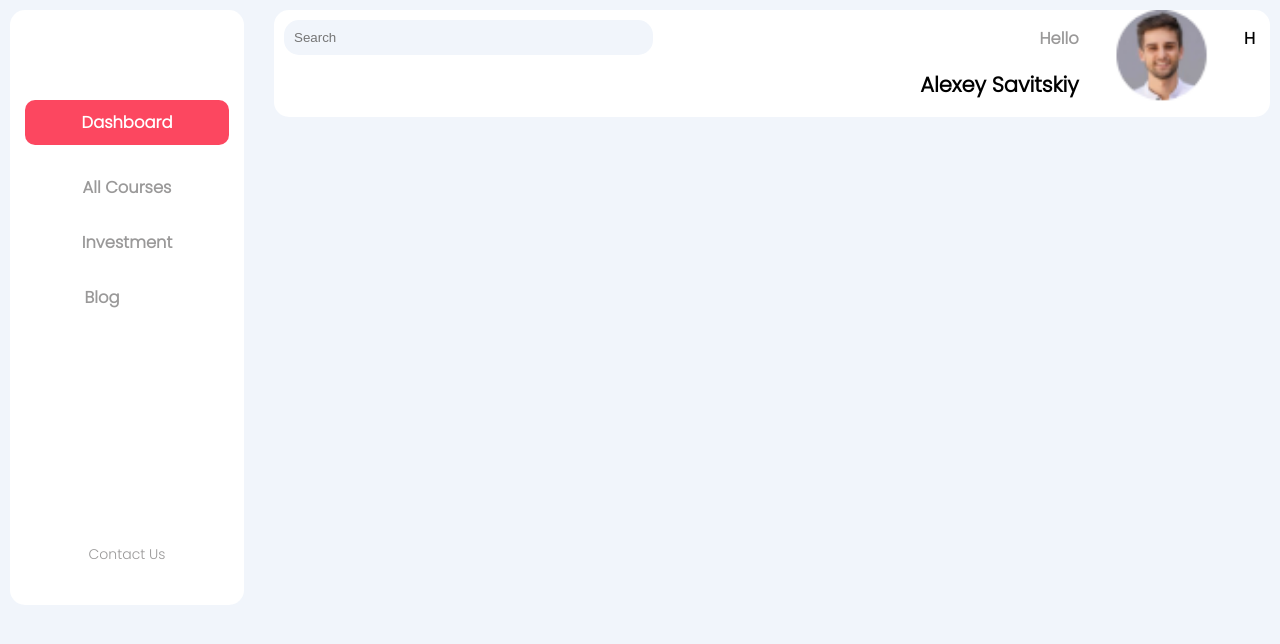
Repository: Anuruddha00/dashboard-design
Page: /
An editor plug-in stored every save of this project. The page is shown before and after the next save, followed by the edit.
The browser window is 1280 px wide. The pictures show the whole page.
The project was rebuilt for these pictures with package versions that can differ from the ones it lists, and the page was loaded fresh each time.

Above is the page before, as saved 2021-05-07 01:14:55.

### public/index.html
<!DOCTYPE html>
<html lang="en">
  <head>
    <meta charset="utf-8" />
    <link rel="icon" href="%PUBLIC_URL%/favicon.ico" />
    <meta name="viewport" content="width=device-width, initial-scale=1" />
    <meta name="theme-color" content="#000000" />
    <meta
      name="description"
      content="Web site created using create-react-app"
    />
    <link rel="apple-touch-icon" href="%PUBLIC_URL%/logo192.png" />

    <link rel="preconnect" href="https://fonts.gstatic.com">
    <link href="https://fonts.googleapis.com/css2?family=Poppins:wght@300&display=swap" rel="stylesheet">

    <!--
      manifest.json provides metadata used when your web app is installed on a
      user's mobile device or desktop. See https://developers.google.com/web/fundamentals/web-app-manifest/
    -->
    <link rel="manifest" href="%PUBLIC_URL%/manifest.json" />
    <!--
      Notice the use of %PUBLIC_URL% in the tags above.
      It will be replaced with the URL of the `public` folder during the build.
      Only files inside the `public` folder can be referenced from the HTML.

      Unlike "/favicon.ico" or "favicon.ico", "%PUBLIC_URL%/favicon.ico" will
      work correctly both with client-side routing and a non-root public URL.
      Learn how to configure a non-root public URL by running `npm run build`.
    -->
    <title>React App</title>
  </head>
  <body>
    <noscript>You need to enable JavaScript to run this app.</noscript>
    <div id="root"></div>
    <!--
      This HTML file is a template.
      If you open it directly in the browser, you will see an empty page.

      You can add webfonts, meta tags, or analytics to this file.
      The build step will place the bundled scripts into the <body> tag.

      To begin the development, run `npm start` or `yarn start`.
      To create a production bundle, use `npm run build` or `yarn build`.
    -->
  </body>
</html>

### src/index.js
import React from 'react';
import ReactDOM from 'react-dom';
import Dashboard from './containers/Dashboard/Dashboard';
import reportWebVitals from './reportWebVitals';

ReactDOM.render(
  <React.StrictMode>
    <Dashboard />
  </React.StrictMode>,
  document.getElementById('root')
);

// If you want to start measuring performance in your app, pass a function
// to log results (for example: reportWebVitals(console.log))
// or send to an analytics endpoint. Learn more: https://bit.ly/CRA-vitals
reportWebVitals();

### src/containers/Dashboard/Dashboard.js
import React from 'react';
import './Dashboard.scss';

const dashboard = () =>{

    return(
        <div className='container'>
            <div className='dashboard'>
                <div className='dashboardSideBar'>
                   <div className='dashboardSideBarTitle'>
                        <h3 className='dashboardSideBarTitleDashboard'>Dashboard</h3>
                        <h3 className='dashboardSideBarTitleCourses'>All Courses</h3>
                        <h3 className='dashboardSideBarTitleInvestment'>Investment</h3>
                        <h3 className='dashboardSideBarTitleBlog'>Blog</h3>
                   </div>
                   <div className='dashboardSideBarContact'>
                        <p>Contact Us</p>
                   </div>
                </div>
                <div className='dashboardMenu'>
                    <section className='content'>
                        <nav className='contentNavbar'>
                            <div className='contentNavbarSearch'>
                                <form>
                                    <input type='text' placeholder='Search'/>
                                </form>
                            </div>
                            <div className='contentNavbarProfile'>
                                <div className='contentNavbarProfileName'>
                                    <h3>Hello</h3>
                                    <h2>Alexey Savitskiy</h2>
                                </div>
                                <img src='./assets/Image 9.png'/>
                                <h1>H</h1>
                            </div>
                        </nav>
                   </section>

                   <section>

                   </section>
                </div>
            </div>
        </div>
    )

}
export default dashboard;


{/* <nav className ='navBar'>
                    <div className='navBarContent'>
                        <div className='navBarContentSearch'>
                            <form className='navBarContentSearchField'>
                                <input type='text' placeholder='Search'/>
                            </form>
                        </div>
                        <div className='navBarContentProfile'>
                            <div className='navBarContentProfileName'>
                                <h2>Hello</h2>
                                <h2>Alexey Savitskiy</h2>
                            </div>
                            <img src='./assets/Image 9.png'/>
                            <h1>H</h1>
                        </div>
                    </div>
                </nav> */}

### src/containers/Dashboard/Dashboard.scss

body{
    margin: 0;
    padding: 0;
    font-size: 0.875rem;
    font-family: 'Poppins', sans-serif;

}

.container{
    background: #f1f5fb;
    height: 100vh;

    .dashboard{
        display: grid;
        grid-template-columns: 1fr 4fr;
        gap:10px;
        grid-auto-rows: minmax(100px, auto);

        &SideBar{
            grid-column: 1;
            grid-row: 1 / 6;
            border-radius: 15px;
            background: #ffffff;
            margin: 10px;

            &Title{
                margin-top: 90px;

                &Dashboard{
                    background:#fc4760;
                    border-radius: 10px;
                    text-align: center;
                    padding: 10px 10px 10px 10px;
                    margin: 10px 15px 10px 15px;
                    color: #ffffff;

                }
                &Courses{
                    text-align: center;
                    margin-top: 30px;
                    color: #9a9999;
                }
                &Investment{
                    text-align: center;
                    margin-top: 30px;
                    color: #9a9999;
                }
                &Blog{
                    text-align: center;
                    margin-top: 30px;
                    margin-right: 50px;
                    color: #9a9999;
                }
            }
            &Contact{
                margin-top: 100%;

                p{
                    text-align: center;
                    color: #9a9999;
                    margin-bottom: 40px;
                }

            }
        }
        &Menu{
            // border: 1px solid red;
            grid-column: 2;
            grid-row: 1 / 6;
            margin: 10px;

            .content{
                display: grid;
                grid-template-rows:1fr 3fr ;
                gap:10px;

                &Navbar{
                    display: grid;
                    grid-template-columns: 1fr 1fr;
                    background: #ffffff;
                    border-radius: 15px;

                    &Search{

                        input{
                            background: #f1f5fb;
                            border-style: none;
                            padding:10px;
                            margin: 10px;
                            border-radius: 15px;
                            width: 70%;
                        }
                    }
                    &Profile{
                        display: flex;
                        flex-direction: row;
                        justify-content: flex-end;
                        gap: 2em;
                        margin-right: 15px;

                        &Name{
                            text-align: end;

                            h3{
                                color: #9a9999;

                            }
                        }
                    }
                }
            }
        }
    }
}


// .navBar{
//     display: flex;
//     justify-content: end;
//     border: 1px solid #ffffff;
//     background:#ffffff;

//     &Content{
//         display: flex;


//         &Search{

//             &Field{

//             }
//         }
//         &Profile{

//             &Name{

//             }
//             display: flex;
//             gap: 1em;
//         }
//     }
// }

Loaded but not shown: src/reportWebVitals.js (common file)

After the next save:
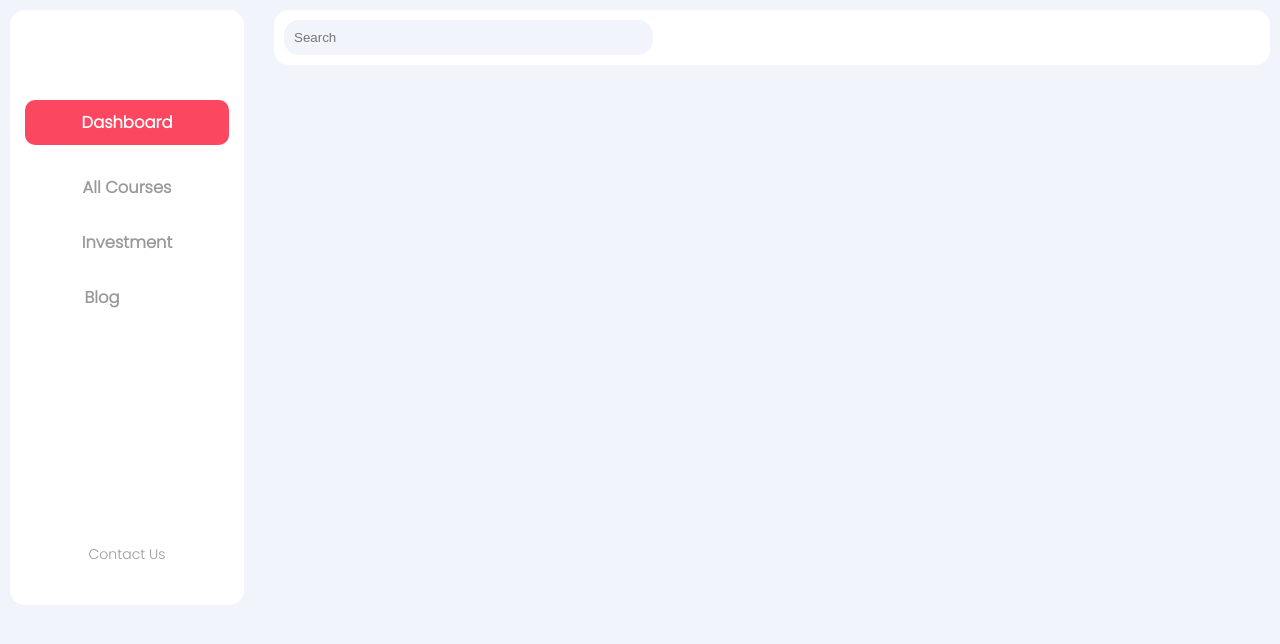
Saved 30 s later.
--- a/src/containers/Dashboard/Dashboard.js
+++ b/src/containers/Dashboard/Dashboard.js
@@ -25,14 +25,14 @@
                                     <input type='text' placeholder='Search'/>
                                 </form>
                             </div>
-                            <div className='contentNavbarProfile'>
+                            {/* <div className='contentNavbarProfile'>
                                 <div className='contentNavbarProfileName'>
                                     <h3>Hello</h3>
                                     <h2>Alexey Savitskiy</h2>
                                 </div>
                                 <img src='./assets/Image 9.png'/>
                                 <h1>H</h1>
-                            </div>
+                            </div>  */}
                         </nav>
                    </section>
 

After the save that followed:
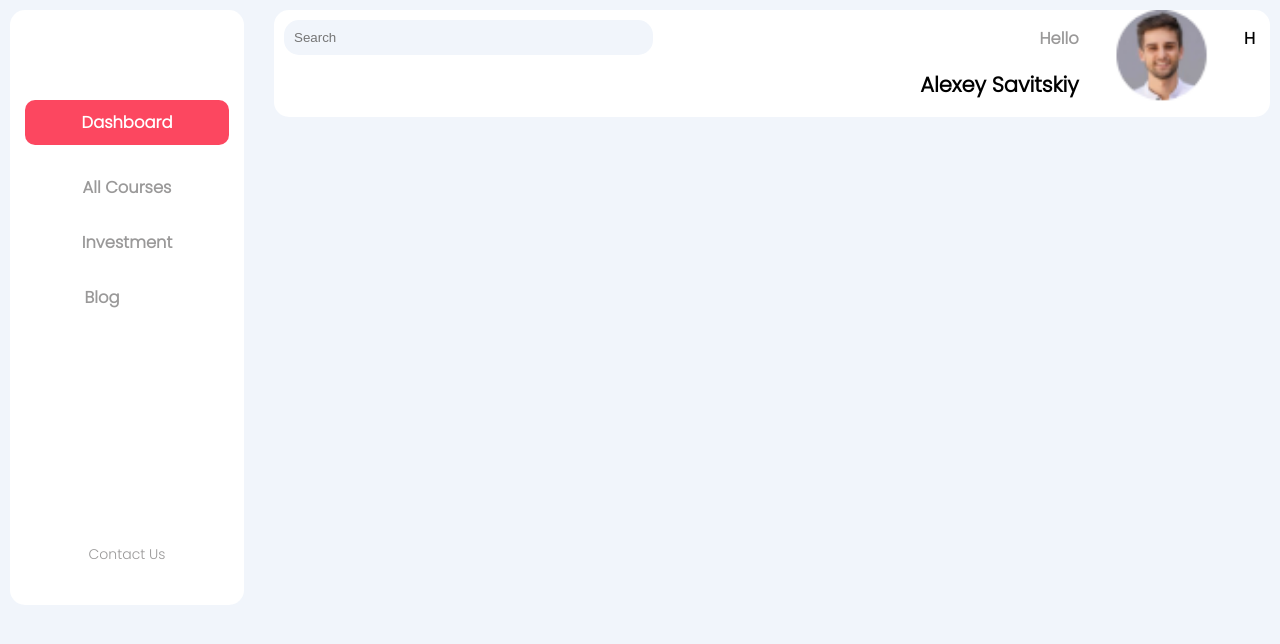
Saved 67 s later.
--- a/src/containers/Dashboard/Dashboard.js
+++ b/src/containers/Dashboard/Dashboard.js
@@ -25,14 +25,14 @@
                                     <input type='text' placeholder='Search'/>
                                 </form>
                             </div>
-                            {/* <div className='contentNavbarProfile'>
+                            <div className='contentNavbarProfile'>
                                 <div className='contentNavbarProfileName'>
                                     <h3>Hello</h3>
                                     <h2>Alexey Savitskiy</h2>
                                 </div>
                                 <img src='./assets/Image 9.png'/>
                                 <h1>H</h1>
-                            </div>  */}
+                            </div>
                         </nav>
                    </section>
 
